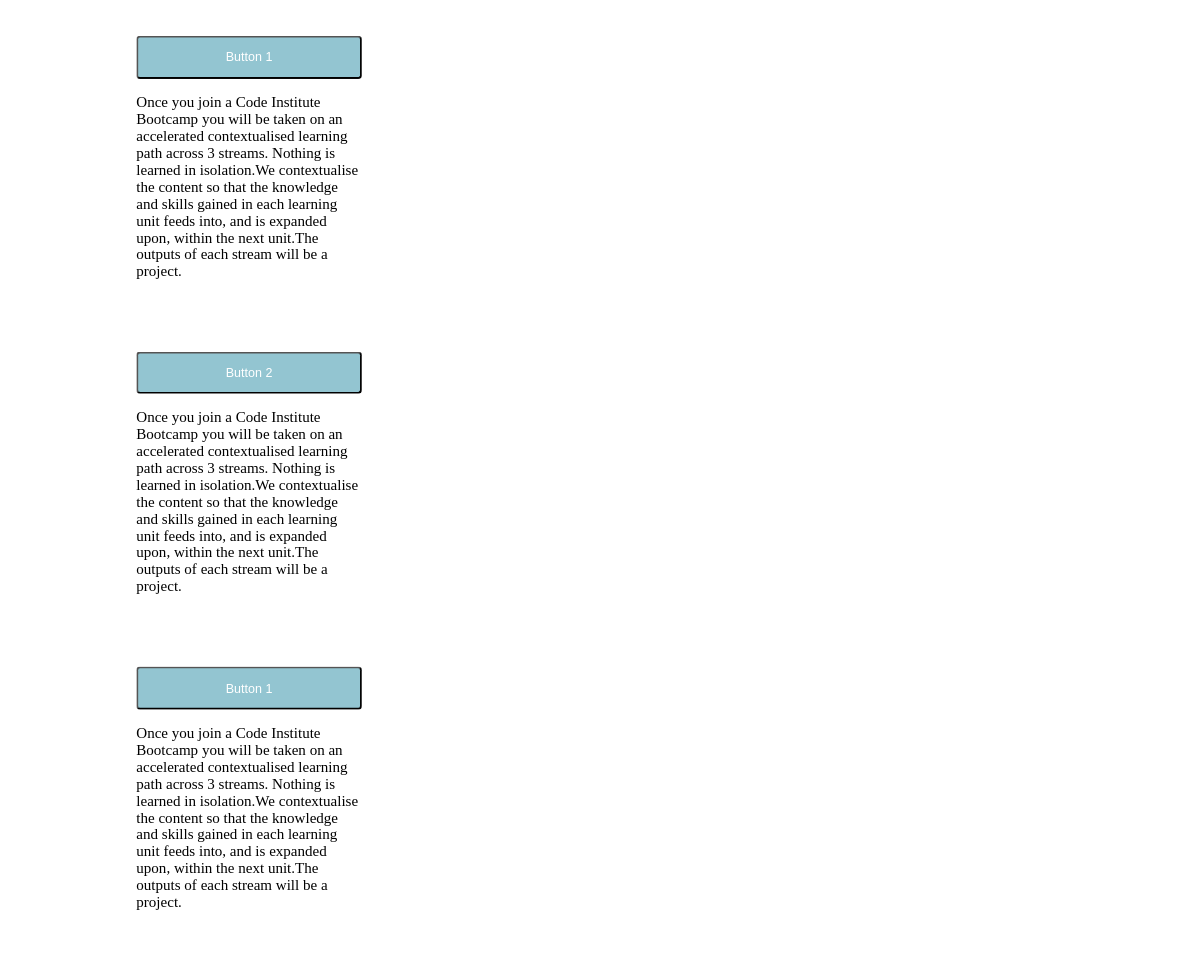
Repository: robibrutoczki/methodChaining
Page: index.html
The author's editor kept a record of every edit. The page is drawn from the files as they stood at one moment, then again after the next edit.
The browser window is 1280 px wide. The pictures show the whole page, at 94% of full size.
Some web libraries are served in a nearby version.

Above is the page before.

### index.html
<!doctype html>
<html lang="en">
<head>
	<meta charset="utf-8" />
	<meta name="viewport" content="width=device-width, initial-scale=1">
	<title>jQuery</title>
	<link href="css/style.css" rel="stylesheet">
	<link href='https://fonts.googleapis.com/css?family=Roboto' rel='stylesheet' type='text/css'>
	<link href='https://fonts.googleapis.com/css?family=Dosis' rel='stylesheet' type='text/css'>
</head>
<body>
	<div id="container">
		<div class='card'>
			<button id='button1'  class="bottom_button">Button 1</button>
			<p id='para1' class="card_para">Once you join a Code Institute Bootcamp you will be taken on an accelerated contextualised learning path across 3 streams. Nothing is learned in isolation.We contextualise the content so that the knowledge and skills gained in each learning unit feeds into, and is expanded upon, within the next unit.The outputs of each stream will be a project. </p>
		</div>
	</div>
	<div id="container">
		<div class='card'>
			<button id='button2'  class="bottom_button">Button 2</button>
			<p id='para2' class="card_para">Once you join a Code Institute Bootcamp you will be taken on an accelerated contextualised learning path across 3 streams. Nothing is learned in isolation.We contextualise the content so that the knowledge and skills gained in each learning unit feeds into, and is expanded upon, within the next unit.The outputs of each stream will be a project. </p>
		</div>
	</div>
	<div id="container">
		<div class='card'>
			<button id='button1'  class="bottom_button">Button 1</button>
			<p id='para1' class="card_para">Once you join a Code Institute Bootcamp you will be taken on an accelerated contextualised learning path across 3 streams. Nothing is learned in isolation.We contextualise the content so that the knowledge and skills gained in each learning unit feeds into, and is expanded upon, within the next unit.The outputs of each stream will be a project. </p>
		</div>
	</div>
	<!-- Scripts located at the bottom of the body to insure page is fully loaded before execution -->
	<script src="https://code.jquery.com/jquery-3.2.1.js" integrity="sha256-DZAnKJ/6XZ9si04Hgrsxu/8s717jcIzLy3oi35EouyE=" crossorigin="anonymous"></script>
	<script src="js/script.js"></script> <!-- Scripts located at the bottom of the body to insure page is fully loaded before execution -->

</body>
</html>

### css/style.css
#container
{
	display: flex;		/* makes container a flexbox*/
	flex-flow: row wrap; 	/* layout the boxes in rows and wrap them*/
	box-sizing:border-box;
	margin-right:auto;
	margin-left:auto;
	max-width:1050px;
}
.bottom_button{
	display: flex;
	box-sizing:border-box;
	border-radius: 4px;
	display: block;
	width: 100%;
	background-color:rgba(129, 187, 201,.85);
	text-align: center;
	padding: 1em .75em;
	text-decoration: none;
	color: #fff;

}

.card_bottom{
	display: flex;
	flex-flow:column;
}

.card{
	flex:1; /* */
	display: flex;	/* make the contents controllable by flexbox*/
	flex-flow:column;	/* */
	max-width: 240px; /**/
	margin: 10px;
	padding: 20px;
	background-color: #fff;
}


/*************************
Navigation
**************************/


.underline{
  text-decoration:underline;
}
.border{
  border: solid 5px #ccc;
}
.makeRed{display: flex;
	box-sizing:border-box;
	border-radius: 4px;
	display: block;
	width: 100%;
	background: red;
	text-align: center;
	padding: 1em .75em;
	text-decoration: none;
	color: #fff;}

.makeBorder{display: flex;
	box-sizing:border-box;
	border-radius: 4px;
	display: block;
	width: 100%;
	background: red;
	text-align: center;
	padding: 1em .75em;
	text-decoration: none;
	color: #fff;
	border:2px solid black;}

### js/script.js
$(document).ready(function() {
 //
 // add your jQuery code here

    $("#button1").mouseenter(function(){
        $('#button1').removeClass("makeRed").addClass("makeBorder");
    });
    $("#button1").mouseleave(function(){
        $('#button1').removeClass("makeBorder").addClass("makeRed");
    });
    $("#button1").click(function(){
        $('#para1').toggle('#para1');
    });
   $("#button1").click(function(){
        $('#para2').hide('#para1');
    });
    $("#button1").click(function(){
        $('#para1').toggle('#para1');
    });

});

After the next edit:
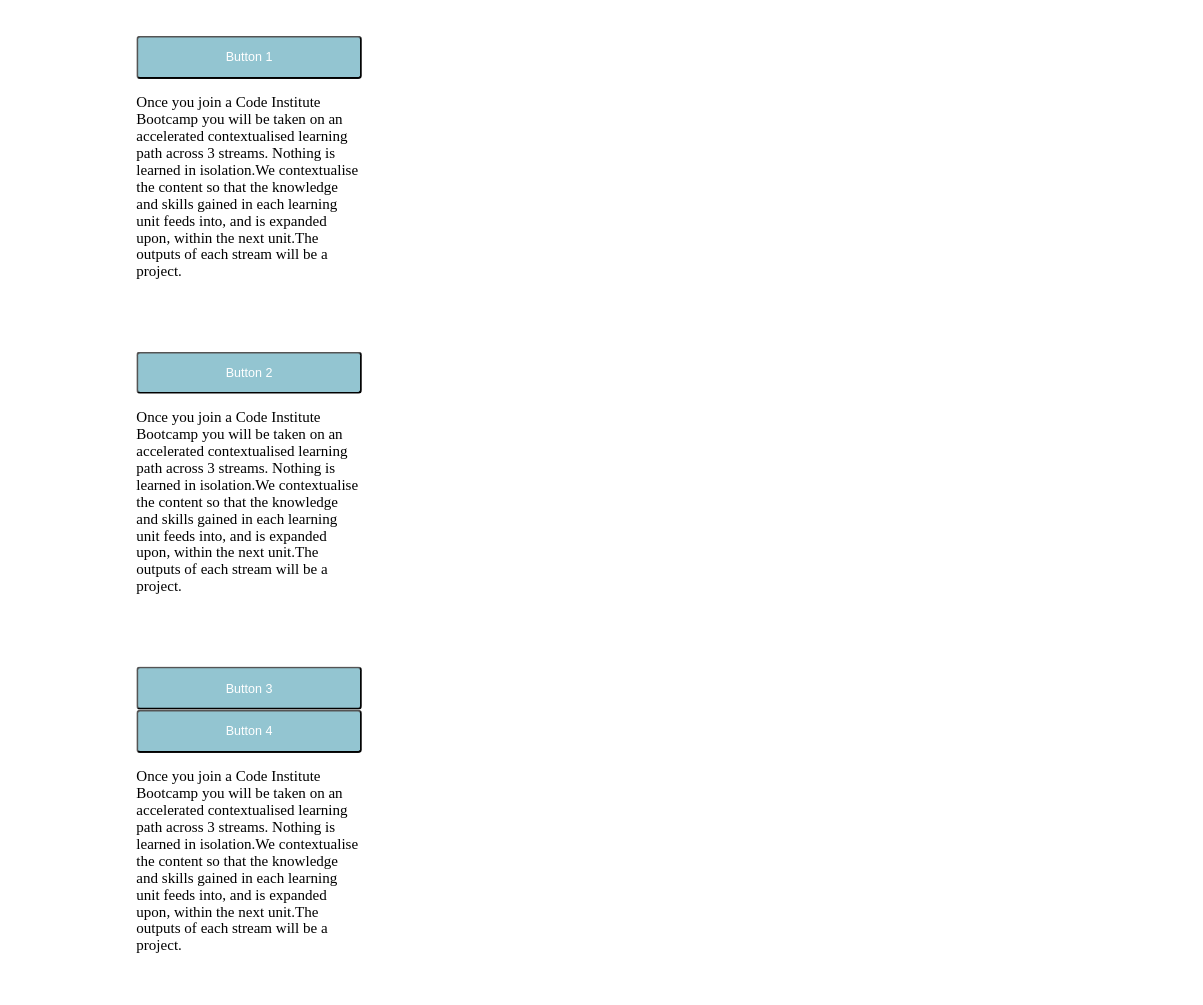
The edit:
--- a/index.html
+++ b/index.html
@@ -23,8 +23,9 @@
 	</div>
 	<div id="container">
 		<div class='card'>
-			<button id='button1'  class="bottom_button">Button 1</button>
-			<p id='para1' class="card_para">Once you join a Code Institute Bootcamp you will be taken on an accelerated contextualised learning path across 3 streams. Nothing is learned in isolation.We contextualise the content so that the knowledge and skills gained in each learning unit feeds into, and is expanded upon, within the next unit.The outputs of each stream will be a project. </p>
+			<button id='button3'  class="bottom_button">Button 3</button>
+			<button id='button4'  class="bottom_button">Button 4</button>
+			<p id='para3' class="card_para">Once you join a Code Institute Bootcamp you will be taken on an accelerated contextualised learning path across 3 streams. Nothing is learned in isolation.We contextualise the content so that the knowledge and skills gained in each learning unit feeds into, and is expanded upon, within the next unit.The outputs of each stream will be a project. </p>
 		</div>
 	</div>
 	<!-- Scripts located at the bottom of the body to insure page is fully loaded before execution -->
